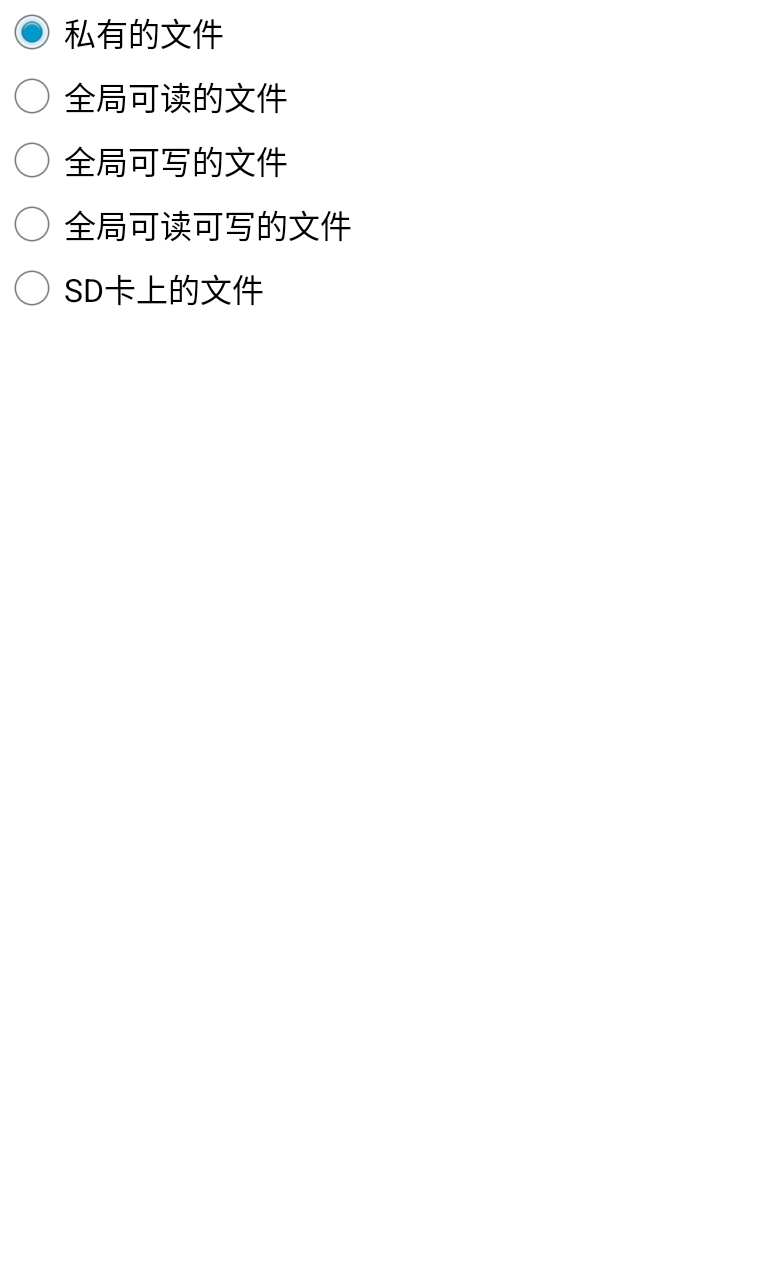
Repository: qq839924354/day01
Layout: day02/code/TestMode/res/layout/activity_main.xml
An editor plug-in stored every save of this project. The layout is shown before and after the next save, followed by the edit.
It is drawn on a 768 x 1280 px phone screen (xhdpi) without system bars, with theme AppTheme; the app's code is not run.

Above is the layout before, as saved 2013-03-01 08:17:56.

### day02/code/TestMode/res/layout/activity_main.xml
<LinearLayout xmlns:android="http://schemas.android.com/apk/res/android"
    xmlns:tools="http://schemas.android.com/tools"
    android:layout_width="match_parent"
    android:layout_height="match_parent"
    android:orientation="vertical"
    tools:context=".MainActivity" >

    <RadioGroup
        android:id="@+id/radioGroup1"
        android:layout_width="wrap_content"
        android:layout_height="wrap_content" >

        <RadioButton
            android:id="@+id/radio0"
            android:layout_width="wrap_content"
            android:layout_height="wrap_content"
            android:checked="true"
            android:text="私有的文件" />

        <RadioButton
            android:id="@+id/radio1"
            android:layout_width="wrap_content"
            android:layout_height="wrap_content"
            android:text="全局可读的文件" />

        <RadioButton
            android:id="@+id/radio2"
            android:layout_width="wrap_content"
            android:layout_height="wrap_content"
            android:text="全局可写的文件" />

        <RadioButton
            android:id="@+id/radio2"
            android:layout_width="wrap_content"
            android:layout_height="wrap_content"
            android:text="全局可读可写的文件" />

        <RadioButton
            android:id="@+id/radio2"
            android:layout_width="wrap_content"
            android:layout_height="wrap_content"
            android:text="SD卡上的文件" />
    </RadioGroup>


</LinearLayout>

Loaded but not shown: day02/code/TestMode/res/values/styles.xml (common file); day02/code/TestMode/res/values-v11/styles.xml (common file); day02/code/TestMode/res/values-v14/styles.xml (common file)

After the next save:
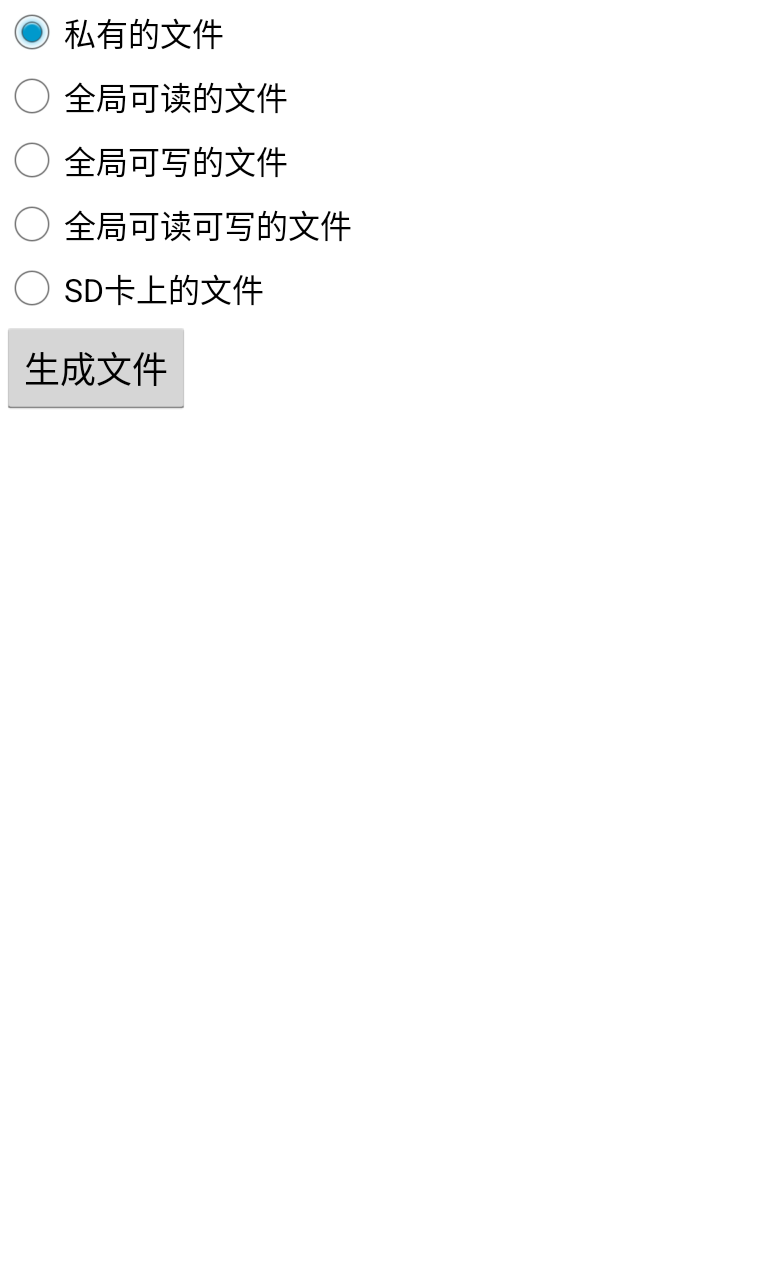
Saved 13 s later.
--- a/day02/code/TestMode/res/layout/activity_main.xml
+++ b/day02/code/TestMode/res/layout/activity_main.xml
@@ -42,5 +42,10 @@
             android:text="SD卡上的文件" />
     </RadioGroup>
 
+    <Button
+        android:id="@+id/button1"
+        android:layout_width="wrap_content"
+        android:layout_height="wrap_content"
+        android:text="生成文件" />
 
 </LinearLayout>
